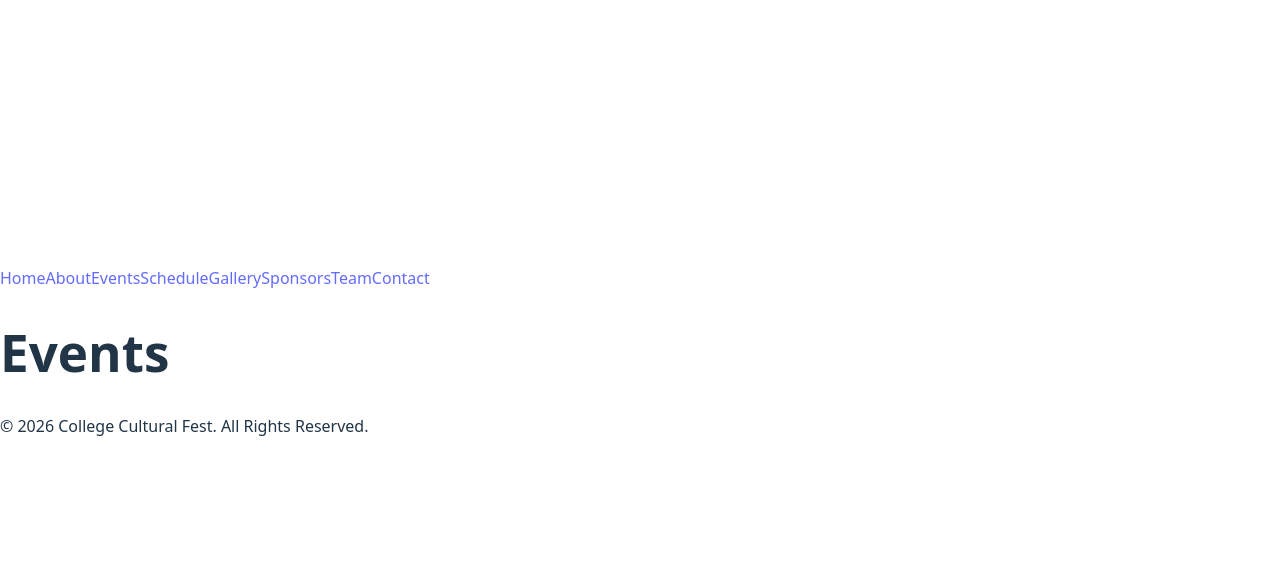
Repository: mridang-iiitu/Mridang-2k26
Page: /events
An editor plug-in stored every save of this project. The page is shown before and after the next save, followed by the edit.
The browser window is 1280 px wide. The pictures show the whole page.
The project was rebuilt for these pictures with package versions that can differ from the ones it lists, and the page was loaded fresh each time. Also part of the build but not shown: vite.config.js, src/pages/Home.jsx, src/pages/About.jsx, src/pages/Schedule.jsx, src/pages/Gallery.jsx, src/pages/Sponsors.jsx, src/pages/Team.jsx, src/pages/Contact.jsx.

Above is the page before, as saved 2026-08-03 13:34:07.

After the next save:
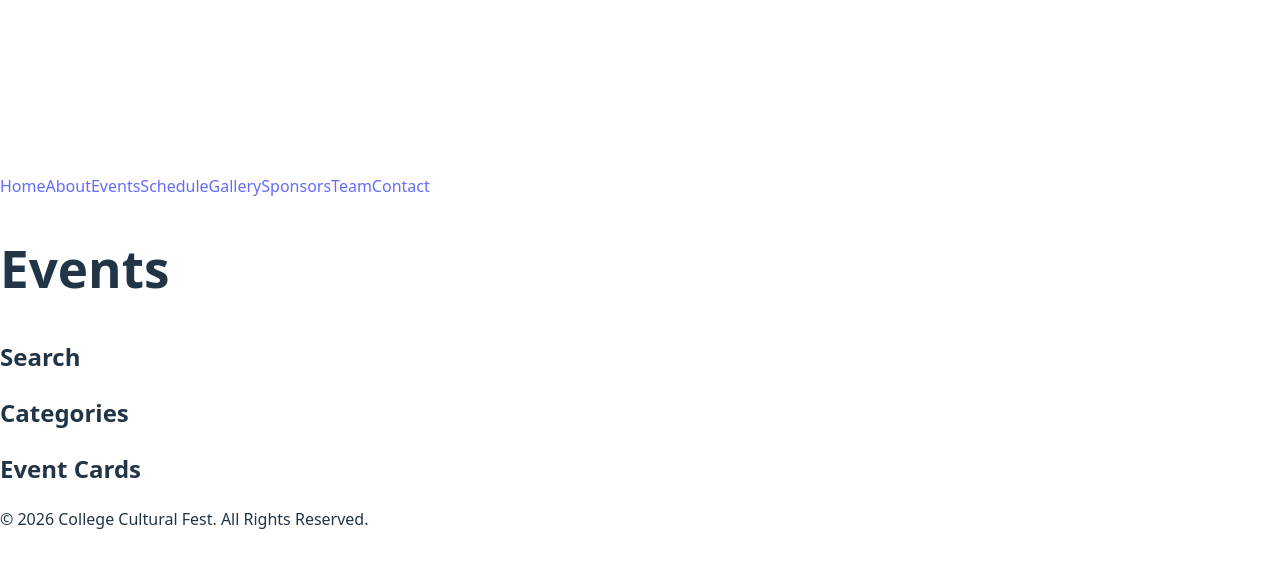
Saved 16 s later.
--- a/src/pages/Events.jsx
+++ b/src/pages/Events.jsx
@@ -1,7 +1,25 @@
 export default function Events() {
   return (
-    <div className="min-h-screen p-10">
-      <h1 className="text-4xl font-bold">Events</h1>
-    </div>
+    <main>
+
+      <section>
+        <h1>Events</h1>
+      </section>
+
+      <section>
+        <h2>Search</h2>
+      </section>
+
+      <section>
+        <h2>Categories</h2>
+      </section>
+
+      <section>
+        <h2>Event Cards</h2>
+      </section>
+
+      {/* Event Modal */}
+
+    </main>
   );
 }
